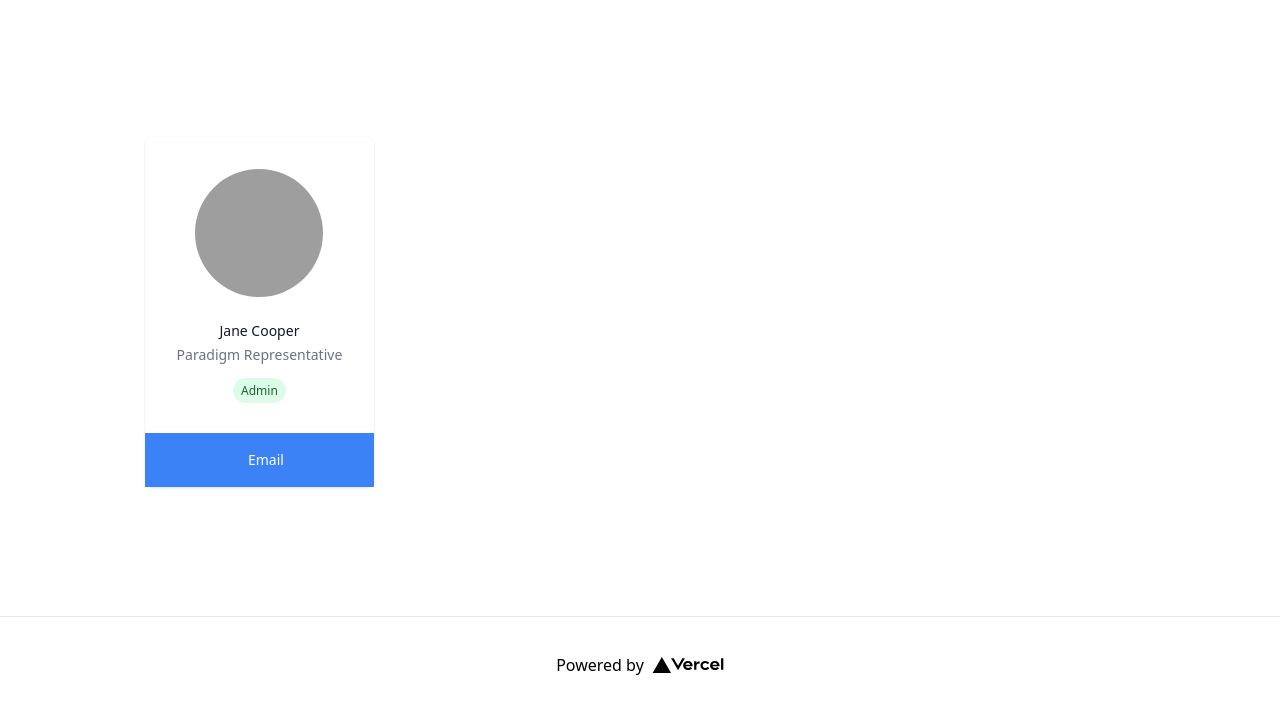
Repository: LuisSempre/mks
Page: /
These files come from the project's save history. The page is drawn as it stood at one moment and after the next save; the edit follows.
The browser window is 1280 px wide. The pictures show the whole page.
Pictures or frames that could not be fetched are drawn as grey boxes. The project was rebuilt for these pictures with package versions that can differ from the ones it lists, and the page was loaded fresh each time. The framework's server and built-in components were replaced by stand-ins that run in the browser. Also part of the build but not shown: next.config.js.

Above is the page before, as saved 2023-01-23 21:27:09.

After the next save:
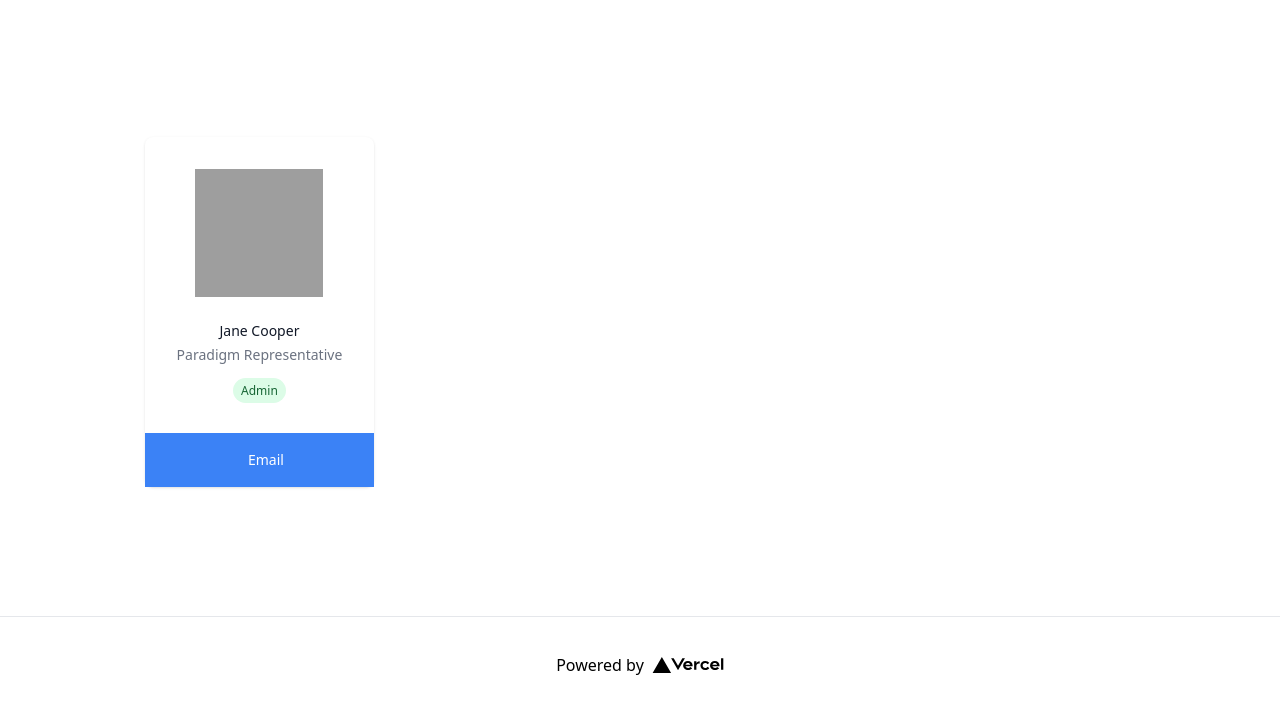
Saved 59 s later.
--- a/components/ProductsGrid.tsx
+++ b/components/ProductsGrid.tsx
@@ -24,7 +24,7 @@
         >
           <div className='flex flex-col flex-1 p-8'>
             <img
-              className='flex-shrink-0 w-32 h-32 mx-auto rounded-full'
+              className='flex-shrink-0 w-32 h-32 mx-auto'
               src={person.imageUrl}
               alt=''
             />
